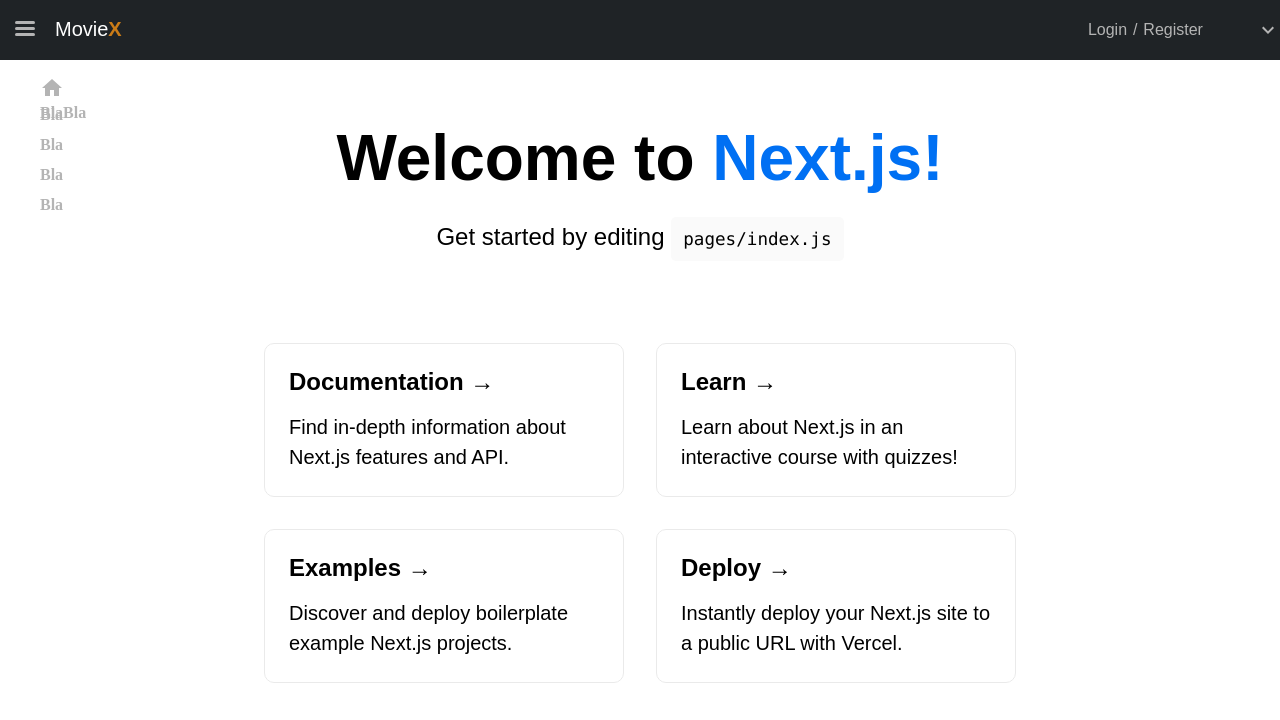
Repository: Amad-Mlinka/MovieTVBrowserNext
Page: /
An editor plug-in stored every save of this project. The page is shown before and after the next save, followed by the edit.
The browser window is 1280 px wide. The pictures show the whole page.
An inner scrolling area shows only its first screen. The project was rebuilt for these pictures with package versions that can differ from the ones it lists, and the page was loaded fresh each time. The framework's server and built-in components were replaced by stand-ins that run in the browser. Also part of the build but not shown: next.config.js.

Above is the page before, as saved 2021-08-02 23:43:48.

After the next save:
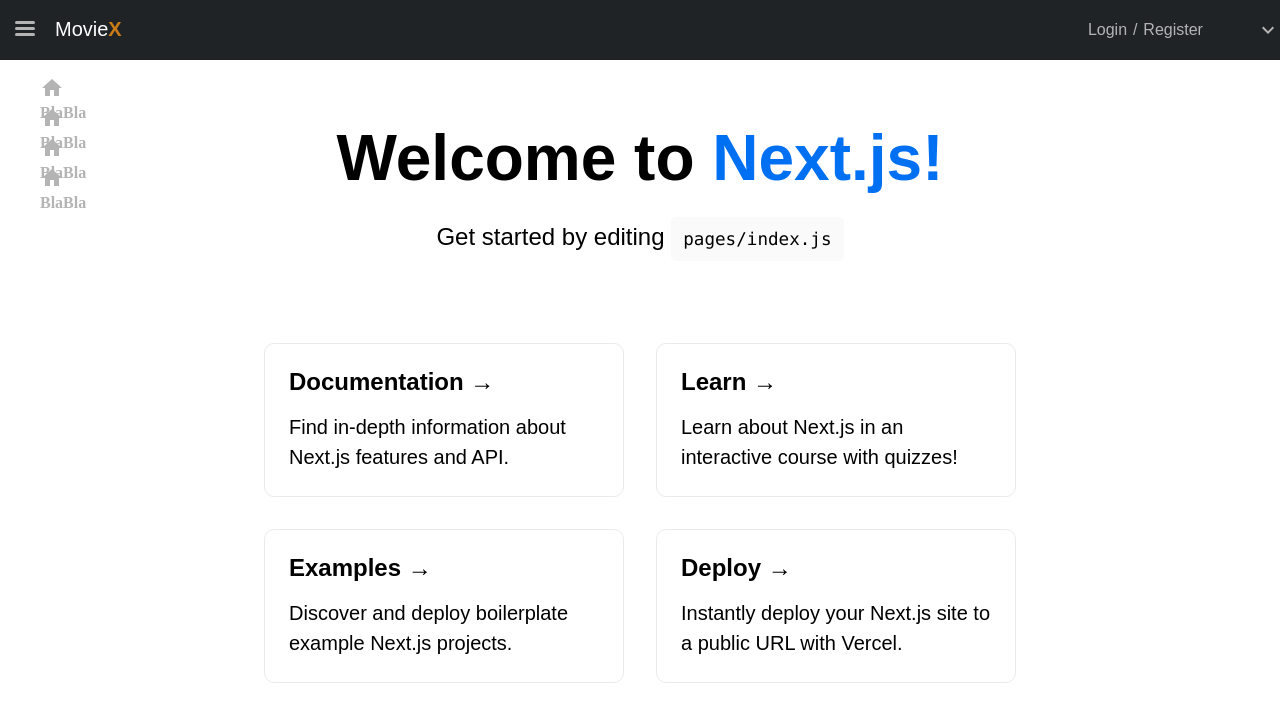
Saved 4 min 35 s later.
--- a/components/header/Header.tsx
+++ b/components/header/Header.tsx
@@ -32,9 +32,9 @@
                 <div className={headerStyles.left}>
                     <div className={headerStyles.hamburgerLogo}>
                         <div className={headerStyles.hamburger} onClick={hamburgerToggle}>
-                            <div className={`${headerStyles.spinner} ${headerStyles.diagonal} ${hamburger ? headerStyles.part1Active:""}`}></div>
-                            <div className={`${headerStyles.spinner} ${headerStyles.horizontal} ${hamburger ? headerStyles.horizontalActive:""}`}></div>
-                            <div className={`${headerStyles.spinner} ${headerStyles.diagonal} ${hamburger ? headerStyles.part2Active:""}`}></div>
+                            <div className={`${headerStyles.spinner} ${headerStyles.diagonal} ${hamburger ? headerStyles.part1Active : ""}`}></div>
+                            <div className={`${headerStyles.spinner} ${headerStyles.horizontal} ${hamburger ? headerStyles.horizontalActive : ""}`}></div>
+                            <div className={`${headerStyles.spinner} ${headerStyles.diagonal} ${hamburger ? headerStyles.part2Active : ""}`}></div>
                         </div>
                         <div data-end="X" className={headerStyles.logo}>
                             <span>Movie</span>
@@ -50,7 +50,7 @@
                     </div>
                 </div>
                 <div className={headerStyles.right}>
-                <KeyboardArrowDownIcon className={headerStyles.expandButton}/>
+                    <KeyboardArrowDownIcon className={headerStyles.expandButton} />
                     <div className={headerStyles.profile}>
                         <div className={`${headerStyles.loggedIn} ${headerStyles.dNone}`}>
 
@@ -71,19 +71,34 @@
                 </div>
 
             </header>
-            <div className={`${headerStyles.sidebar} ${ hamburger ? headerStyles.sidebarActive : ""}`}>
+            <div className={`${headerStyles.sidebar} ${hamburger ? headerStyles.sidebarActive : ""}`}>
                 <div className={headerStyles.sidebarMenu}>
                     <ul className={headerStyles.sidebarList}>
                         <li className={headerStyles.sidebarLink}>
                             <div className={headerStyles.sidebarIcon}>
-                                <HomeIcon/>
+                                <HomeIcon />
                             </div>
                             BlaBla
-                            </li>
-                        <li className={headerStyles.sidebarLink}>Bla</li>
-                        <li className={headerStyles.sidebarLink}>Bla</li>
-                        <li className={headerStyles.sidebarLink}>Bla</li>
-                        <li className={headerStyles.sidebarLink}>Bla</li>
+                        </li>
+                        <li className={headerStyles.sidebarLink}>
+                            <div className={headerStyles.sidebarIcon}>
+                                <HomeIcon />
+                            </div>
+                            BlaBla
+                        </li>
+                        <li className={headerStyles.sidebarLink}>
+                            <div className={headerStyles.sidebarIcon}>
+                                <HomeIcon />
+                            </div>
+                            BlaBla
+                        </li>
+                        <li className={headerStyles.sidebarLink}>
+                            <div className={headerStyles.sidebarIcon}>
+                                <HomeIcon />
+                            </div>
+                            BlaBla
+                        </li>
+
                     </ul>
                 </div>
 
